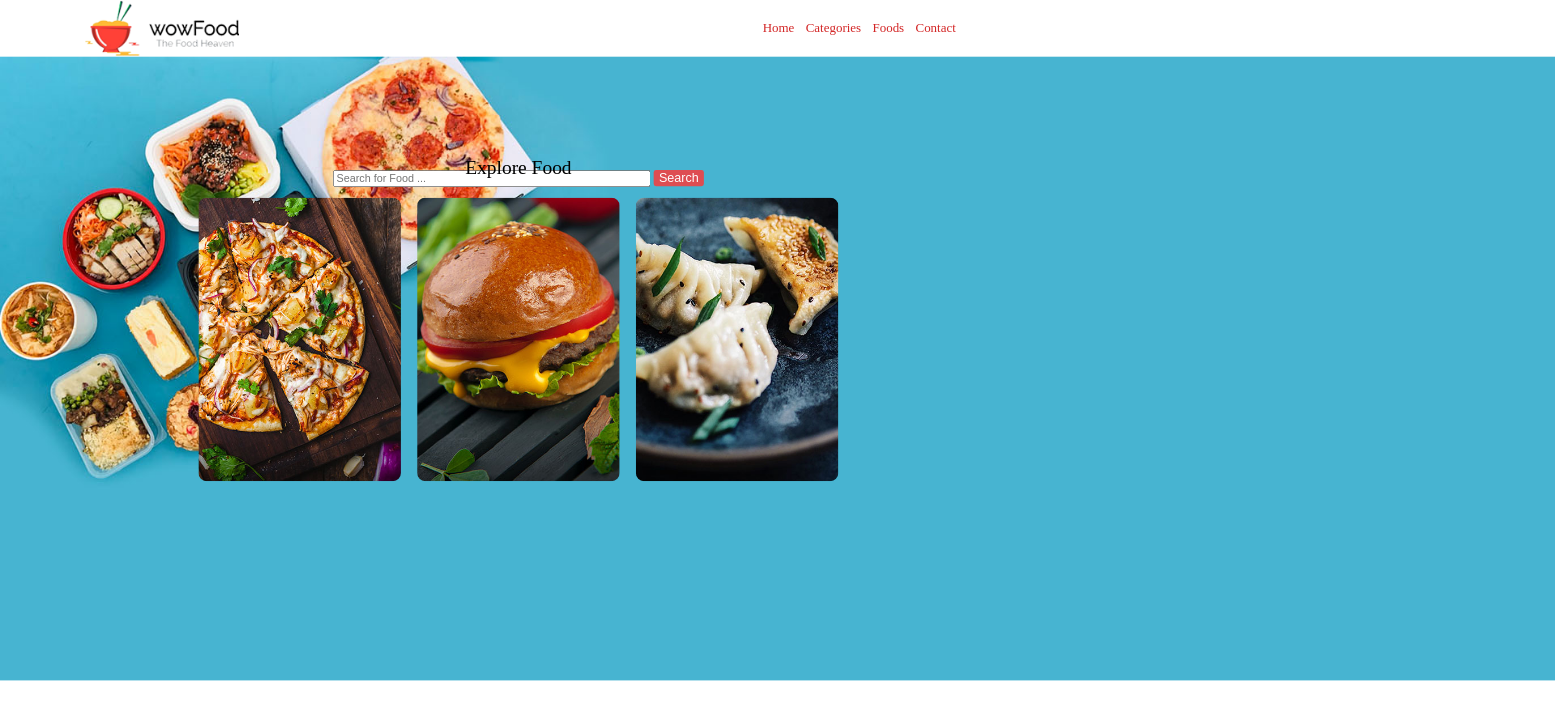
Repository: ruaruababa/WowFood
Page: index.html
The author's editor kept a copy of each file at every save. The page is drawn from the files as they stood at one save, then again after the next save.
The browser window is 1280 px wide. The page is 1920 px wide, then 1280 px, so the pictures cover 1920 px, including what lies to the right of the window. The pictures show the whole page, at 81% of full size.

Above is the page before, as saved 2021-09-17 21:42:56.

After the next save:
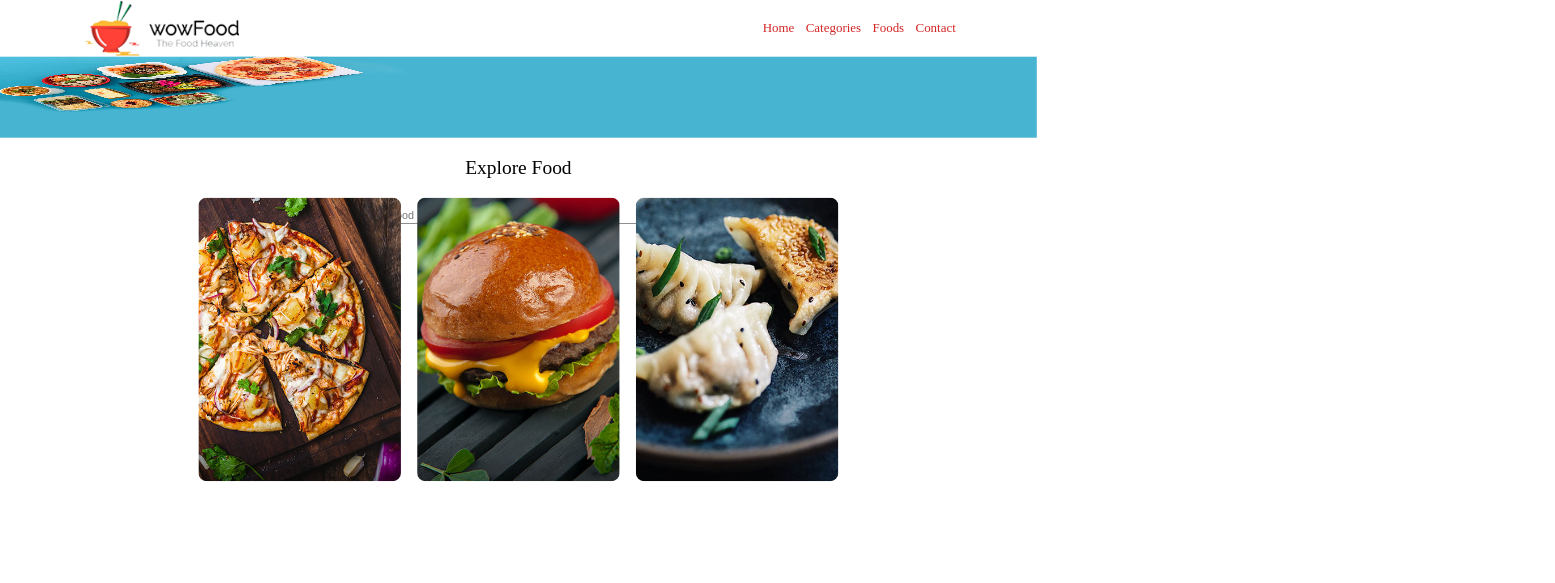
Saved 9 s later.
--- a/style.css
+++ b/style.css
@@ -31,7 +31,7 @@
     height: 100px;
     line-height: 100px;
 }
-.background-search{
+.background-search img{
     height: 100px;
     width: 100%;
 }
